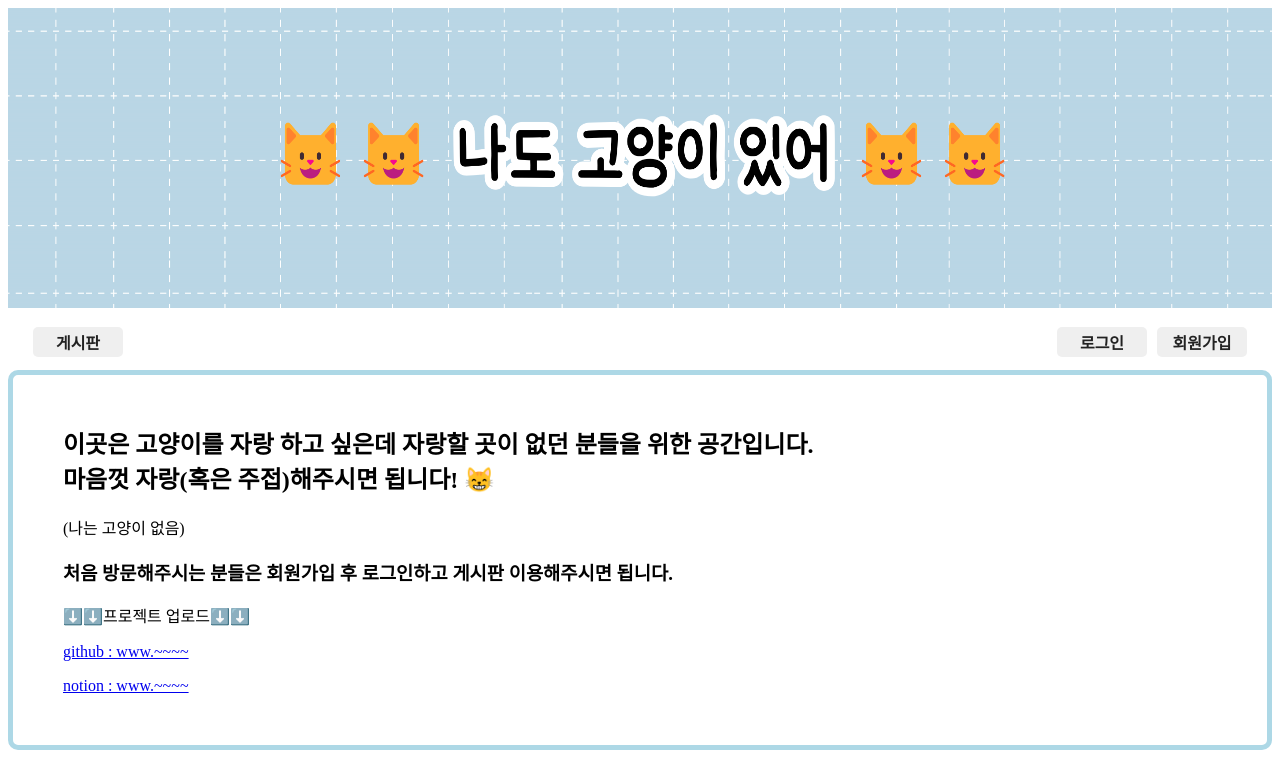
Repository: hh7711/Goit
Page: http://localhost/Goit/WEB-INF/views/mainPage.jsp
These files come from the project's save history. The page is drawn as it stood at one moment and after the next save; the edit follows.
The browser window is 1280 px wide. The pictures show the whole page.
Some web fonts or font styles are not loaded; a fallback is used. The page is served by Tomcat 9. Nobody is signed in. Other server files are loaded and not shown. The template is opened directly, without the code that normally fills it, so the values that code supplies are empty.

Above is the page before, as saved 2023-08-03 06:38:46.

### Goit/src/main/webapp/WEB-INF/views/mainPage.jsp
<%@ page language="java" contentType="text/html; charset=UTF-8"
    pageEncoding="UTF-8"%>
<%@ taglib prefix="c" uri="http://java.sun.com/jsp/jstl/core" %>
<!DOCTYPE html>
<html>
<head>
<meta charset="UTF-8">
<title>나도 고양이 있어</title>
	<style type="text/css">
		@font-face {
		    font-family: 'Dovemayo_gothic';
		    src: url('https://cdn.jsdelivr.net/gh/projectnoonnu/noonfonts_2302@1.1/Dovemayo_gothic.woff2') format('woff2');
		    font-weight: normal;
		    font-style: normal;
		}
		body,button {
			font-family: 'Dovemayo_gothic';
		}
		#main1{
			border: 5px solid lightblue;
			border-radius: 10px;
/* 			margin: 30px; */
		}
		.headBtnDiv{
			margin-bottom: 30px; margin-top: 10px;
			margin-left: 20px; margin-right: 20px;
		}
        .headBtn{
        	border: 0.5px;
        	width: 90px;
        	height: 30px;
        	color: rgb(34, 34, 34);
        	border-radius: 5px;
        	font-size: medium;
        	font-weight: bold;
        	margin: 5px;
/*         	margin-top: 5px; margin-left: 5px; margin-right: 5px; margin-bottom: 30px; */
        }
        .headBtn:hover{
        	background-color: rgb(211, 253, 255);
        }
        .headId{
        	font-size: medium;
        	font-weight: bold;
        	margin-top: 8px; margin-left: 5px; margin-right: 5px; margin-bottom: 10px;
        }
	</style>
</head>
<body>
	<div>
		<a href="mainPage">
			<img style="height: 300px;" alt="오류" src="resources/main/main15.png" width="100%">
		</a>
	</div>
	<div class="headBtnDiv">
		<button type="button" class="headBtn" style="float: left;" onclick="location.href='boardList'">게시판</button>
		<c:if test="${dto == null}">
			<button type="button" class="headBtn" style="float: right;" onclick="location.href='signUpPage'">회원가입</button>
			&nbsp;<button type="button" class="headBtn" style="float: right;" onclick="location.href='signInPage'">로그인</button>
		</c:if>
		<c:if test="${dto != null}">
			<button type="button" class="headBtn" style="float: right;" onclick="location.href='signOut'">로그아웃</button>&nbsp;
			<button type="button" class="headBtn" style="float: right;" onclick="location.href='myPage'">마이페이지</button>
			<span class="headId" style="float: right;">${dto.id}님</span>
		</c:if>
	</div>
	<div id="main1">
		<div id="main2">
			<div><!-- 본문 -->
<!-- 			<img alt="" src="resources/main.png" width="100%"> -->
				<div style="margin: 50px;">
<!-- 					<img alt="오류" src="resources/main/main1.jpg" width="100%"> -->
<!-- 					<img alt="오류" src="resources/main/main2.gif" width="100%"> -->
<!-- 					<img alt="오류" src="resources/main/main3.gif" width="100%"> -->
<!-- 					<img alt="오류" src="resources/main/main4.gif" width="100%"> -->
<!-- 					<img alt="오류" src="resources/main/main5.gif" width="100%"> -->
<!-- 					<img alt="오류" src="resources/main/main6.gif" width="100%"> -->
<!-- 					<img alt="오류" src="resources/main/main7.gif" width="100%"> -->
<!-- 					<img alt="오류" src="resources/main/main8.gif" width="100%"> -->
<!-- 					<img alt="오류" src="resources/main/main9.gif" width="100%"> -->
					<h2>이곳은 고양이를 자랑 하고 싶은데 자랑할 곳이 없던 분들을 위한 공간입니다.<br>
					마음껏 자랑(혹은 주접)해주시면 됩니다! 😸</h2>
					(나는 고양이 없음)
					<h3>처음 방문해주시는 분들은 회원가입 후 로그인하고 게시판 이용해주시면 됩니다.</h3>

					⬇️⬇️프로젝트 업로드⬇️⬇️
					<p><a href="#">github : www.~~~~</a></p>
					<p><a href="#">notion : www.~~~~</a></p>
				</div>
			</div><!-- 본문 -->
		</div><!-- main1 -->
	</div><!-- main2 -->
</body>
</html>

After the next save:
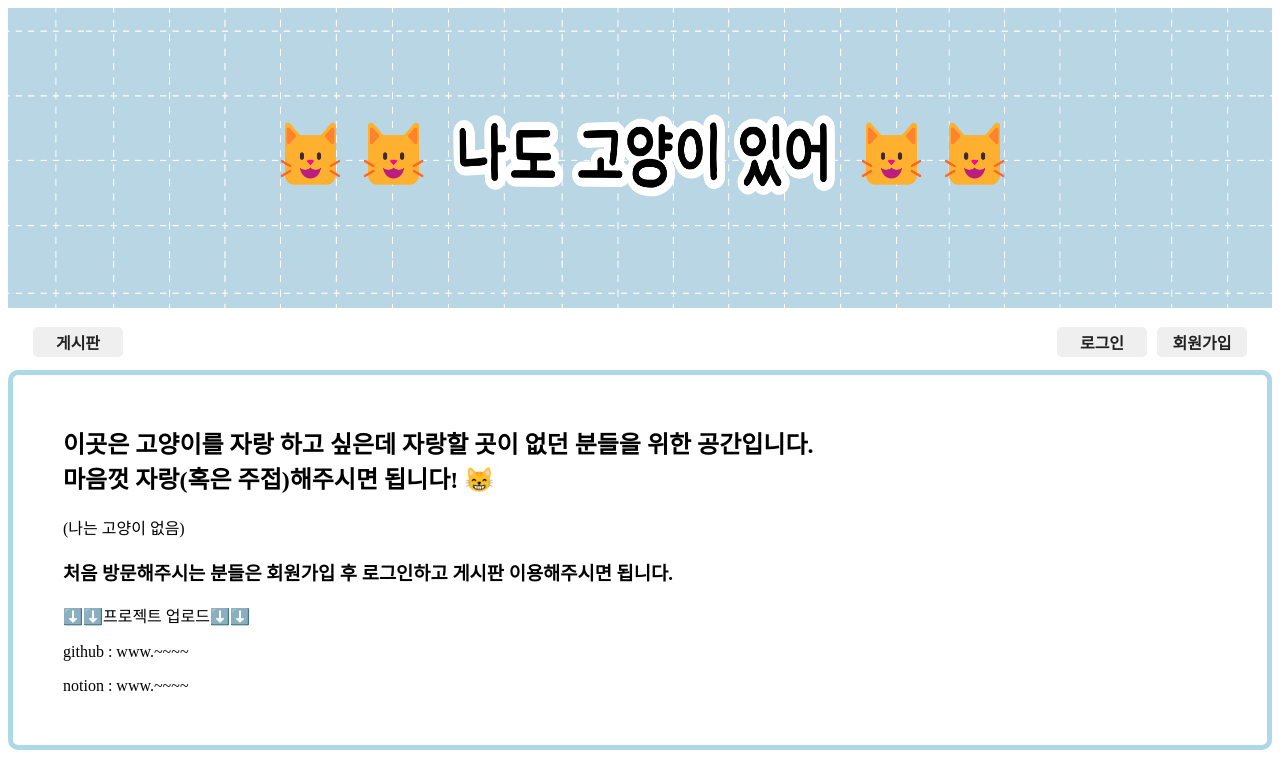
Saved 62 s later.
--- a/Goit/src/main/webapp/WEB-INF/views/mainPage.jsp
+++ b/Goit/src/main/webapp/WEB-INF/views/mainPage.jsp
@@ -43,6 +43,13 @@
         	font-size: medium;
         	font-weight: bold;
         	margin-top: 8px; margin-left: 5px; margin-right: 5px; margin-bottom: 10px;
+        }
+        a{
+        	text-decoration: none;
+        	color: black;
+        }
+        a:hover{
+        	color: red;
         }
 	</style>
 </head>
